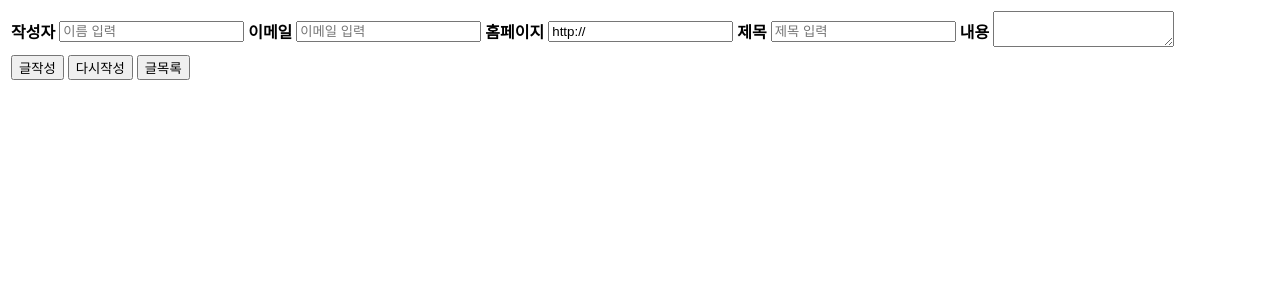
Repository: chaejunho689/bitcamp
Page: guestbookServlet/src/main/webapp/guestbook/guestbookWrite.html
An editor plug-in stored every save of this project. The page is shown before and after the next save, followed by the edit.
The browser window is 1280 px wide. The pictures show the whole page.

Above is the page before, as saved 2024-09-03 03:36:46.

After the next save:
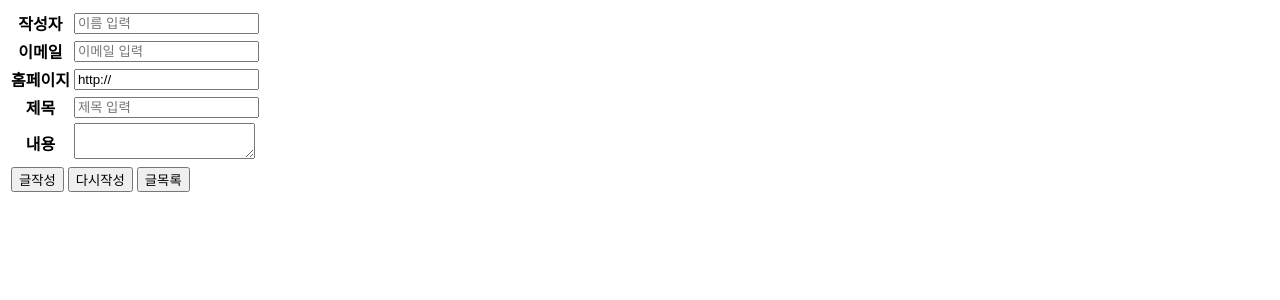
Saved 65 s later.
--- a/guestbookServlet/src/main/webapp/guestbook/guestbookWrite.html
+++ b/guestbookServlet/src/main/webapp/guestbook/guestbookWrite.html
@@ -14,19 +14,23 @@
 			<td>
 				<input  type="text" id="name" name="name" placeholder="이름 입력">
 			</td>
+		<tr>
 			<th> 이메일 </th>
 			<td>
 				<input  type="email" id="email" name="email" placeholder="이메일 입력"  >
 			</td>
+		<tr>
 			<th> 홈페이지 </th>
 			<td>
 				<input  type="text" id="homepage" name="homepage" value="http://">
 			</td>
+		<tr>
 			<th> 제목 </th>
 			<td>
 				<input  type="text" id="subject" id="subject" name="subject" placeholder="제목 입력">
 				<div id="subjectDiv"> </div>
 			</td>
+		<tr>
 			<th> 내용 </th>
 			<td>
 				<textarea id="content" name="content"> </textarea>
